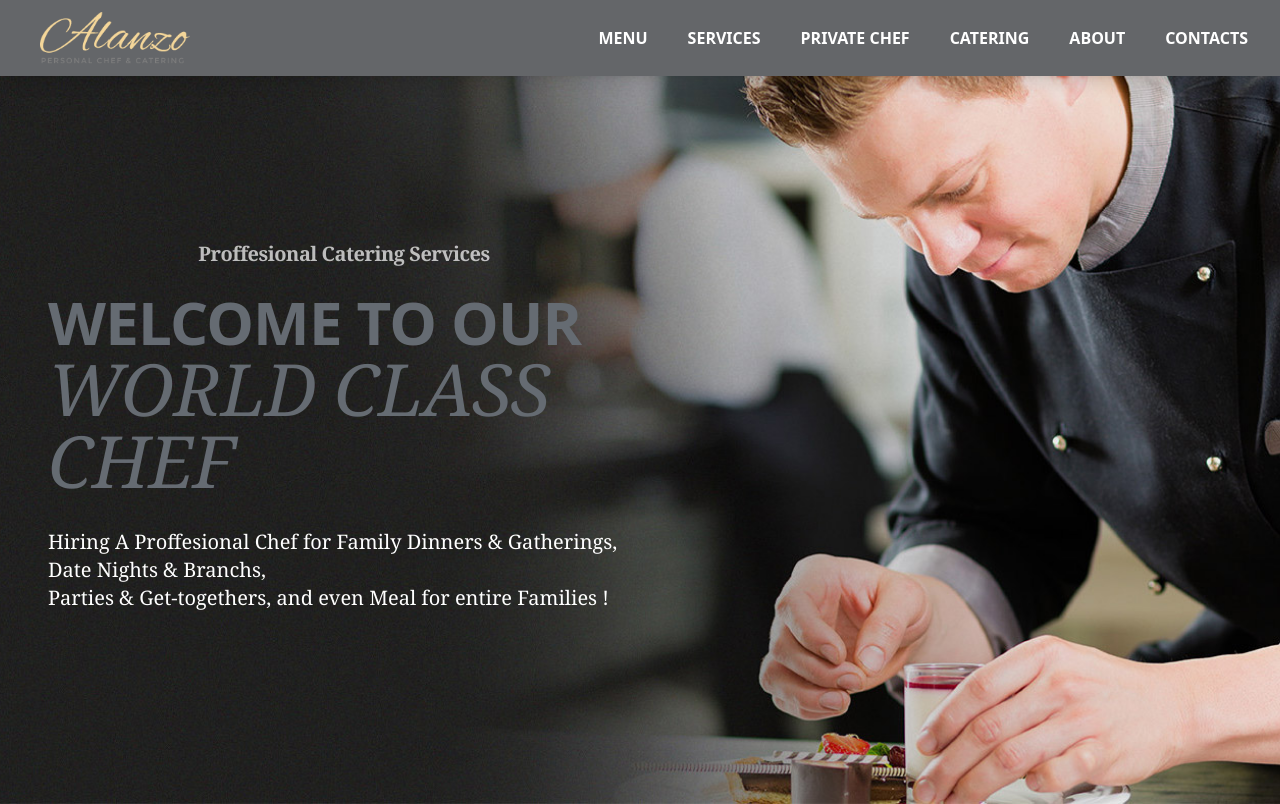
Repository: remydev47/alanzo
Page: /
The author's editor kept a copy of each file at every save. The page is drawn from the files as they stood at one save, then again after the next save.
The browser window is 1280 px wide. The pictures show the whole page.
The project was rebuilt for these pictures with package versions that can differ from the ones it lists, and the page was loaded fresh each time. The framework's server and built-in components were replaced by stand-ins that run in the browser. Also part of the build but not shown: next.config.js.

Above is the page before, as saved 2022-12-17 11:13:47.

### pages/_app.tsx
import '../styles/globals.css'
import type { AppProps } from 'next/app'
import Navbar from '../components/Navbar'

function MyApp({ Component, pageProps }: AppProps) {
  return (
    <>
      <Navbar />
      <Component {...pageProps} />
    </>
  )
}

export default MyApp

### pages/index.tsx
import type { NextPage } from 'next'
import Head from 'next/head'
import Image from 'next/image'
import Hero from '../components/Hero'

const Home: NextPage = () => {
  return (
    <div className="bg-primary-black">
      <Head>
        <title>Avantos</title>
        <link rel="icon" href="/favicon.ico" />
      </Head>
      <Hero />

    </div>
  )
}

export default Home

### components/Navbar.tsx
import React from 'react';
import { navLinks } from '../constants';
import Menupopover from './Menupopover';
import Image from 'next/image';
import Logo from './Logo';
import { Button } from './Button';

const Navbar = () => {
  return (
    <header className="fixed inset-x-0 bg-[#646669] z-20 flex justify-between items-center py-2 px-2 shadow-lg dark:bg-slate-900 sm:py-3 sm:px-8">
            <div className='flex grow-0 basis-1/3 md:hidden'>
                <Menupopover />
            </div>

             <div className='flex grow-0 ml-2 justify-center md:justify-start'>
                <Logo />

            </div>


            <ul className="list-none sm:flex hidden justify-end items-center flex-1">
            {navLinks.map((nav, index) => (
                <li
                key={nav.id}
                className={`font-bold cursor-pointer text-[16px]
                   ${index === navLinks.length - 1 ? 'mr-0' : 'mr-10'}
                  text-white `}
                >
                    <a>{nav.title}</a>
                </li>
            ))}
           </ul>


        </header>
  )
}

export default Navbar

### components/Hero.tsx
import React from 'react'

const Hero = () => {
  return (
    <section className='relative pt-48 pb-12 xl:pt-60 sm:pb-16 lg:pb-32 xl:pb-48 2xl:pb-56'>
    <div className="absolute inset-0">
     <img className="object-cover w-full h-full" src="/images/hero.jpg" alt="" />
    </div>
   <div className='relative'>
    <div className="px-6 mx-auto sm:px-8 lg:px-12 max-w-7xl">
      <div className="w-full lg:w-2/3 xl:w-1/2">
        <h1 className="font-serif text-xl font-bold tracking-tight text-white text-opacity-70 text-center">Proffesional Catering Services</h1>
        <p className="mt-6 tracking-tighter text-[#656b72]">
          <span className="font-sans font-bold text-6xl">WELCOME TO OUR </span><br />
          <span className="font-serif italic font-BOLD text-7xl">WORLD CLASS CHEF</span>
        </p>
        <p className="mt-8 font-erif text-xl font-serif text-[#fff]">
          Hiring A Proffesional Chef for Family Dinners & Gatherings, Date Nights & Branchs, <br />Parties & Get-togethers, and even Meal for entire Families !
        </p>
      </div>
    </div>
   </div>
  </section>
  )
}

export default Hero

### constants/index.ts
export const navLinks =[
    {
        id:"menu",
        title:"MENU",
    },
    {
        id:"services",
        title:"SERVICES",
    },
    {
        id:"privatechef",
        title:"PRIVATE CHEF",
    },
    {
        id:"catering",
        title:"CATERING",
    },
    {
        id:"aboutus",
        title:"ABOUT",
    },
    {
        id:"contacts",
        title:"CONTACTS",
    },
]

### components/Menupopover.tsx
import React, {useState, Fragment} from 'react';
import { navLinks } from '../constants';
import { IconButton, Button } from './Button';
import { Transition, Dialog } from '@headlessui/react';
import Logo from './Logo';
import Image from 'next/image';

const Menupopover = () => {
  const [isOpen, setIsOpen] = useState(false)

  return (
    <div>
    <IconButton
      variant='ghost'
      aria-label='menu'
      onClick={() => setIsOpen(!isOpen)}
    >
      <svg className='w-6 h-6 ' fill='none' stroke='currentColor'>
        <path
          strokeLinecap='round'
          strokeLinejoin='round'
          strokeWidth={2}
          d='M4 6h16M4 12h16M4 18h16'
        />
      </svg>
    </IconButton>
    <Transition
      show={isOpen}
      appear
      as={Fragment}
      enter='transform transition ease-in-out duration-300'
      enterFrom='-translate-x-full'
      enterTo='translate-x-0'
      leave='transform transition ease-in-out duration-300 delay-200'
      leaveFrom='translate-x-0'
      leaveTo='-translate-x-full'
     >
     <Dialog
       as='div'
       className={`fixed inset-0 z-50`}
       onClose={setIsOpen}
       open={isOpen}
       >
       <Transition.Child
         as={Fragment}
         enter='ease-out duration-300 delay-300'
         enterFrom='opacity-0'
         enterTo='opacity-100'
         leave='ease-in duration-200'
         leaveFrom='opacity-100'
         leaveTo='opacity-0'
       >

        <Dialog.Overlay
          className={`fixed inset-0 bg-black/20 backdrop-blur-sm dark:bg-gray-900/80`}
         />
      </Transition.Child>
       <div className={styles.dialogcontainer}>
        <a className='mx-auto mt-4 flex w-[140px] '>
          <Logo />
        </a>
        <ul
            className={styles.navWrapper2}
         >
            {navLinks.map((nav, index) => (
                <li
                 key={nav.id}
                 className={` font-bold cursor-pointer text-[16px]
                  mt-2 border-t border-slate-200 py-4 dark:border-slate-600
                  ${index === navLinks.length - 1 ? 'mr-0' : 'mb-4'}
                  text-white `}
                >
                 <a href={`#${nav.id}`}>
                    {nav.title}
                 </a>
                </li>
             ))}
         </ul>

        <IconButton
          variant='ghost'
          aria-label='close menu'
          className='absolute top-5 right-5'
          onClick={() => setIsOpen(false)}
        >
          <svg
            viewBox='0 0 10 10'
            className='h-2.5 w-2.5 overflow-visible'
            aria-hidden='true'
          >
            <path
                d='M0 0L10 10M10 0L0 10'
                fill='none'
                stroke='currentColor'
                strokeWidth='2'
                strokeLinecap='round'
              />
          </svg>
        </IconButton>
       </div>
     </Dialog>
    </Transition>
  </div>
  )
}

export default Menupopover;

const styles ={
  dialogcontainer:`fixed top-0 bottom-0 left-0 w-full max-w-xs rounded-r-xl bg-[#092341] p-6 shadow-lg dark:bg-gray-800`,
  menuitems:`group relative flex h-9 items-center oveflow-hidden rounded-md hover:bg-slate-200/50`,
  navWrapper2:`list-none flex flex-col justify-end items-center flex-1`,
}

### components/Logo.tsx
import React from 'react'
import Image from 'next/image'

const Logo = () => {
  return (
    <div>
      <Image
        src='/images/logo.png'
        alt='Alanzo'
        height={60}
        width={150}
      />
    </div>
  )
}

export default Logo

### components/Button/index.tsx
import React, { forwardRef } from "react";
//import { __DEV__ } from "../../utils/assertions";

type BaseButtonProps = Omit<React.HTMLProps<HTMLButtonElement>, "size">;

/* === Button Element === */

export interface ButtonProps extends BaseButtonProps {
  children: React.ReactNode;
  fullWidth?: boolean;
  className?: string;
  variant?: "solid" | "outline" | "ghost";
  size?: "sm" | "md" | "lg";
  as?: string;
  isExternal?: boolean;
  type?: "button" | "submit" | "reset";
}

export const Button = forwardRef<HTMLButtonElement, ButtonProps>(
  (
    {
      children,
      variant = "solid",
      size = "md",
      fullWidth = false,
      className,
      as = "button",
      isExternal = false,
      ...rest
    },
    ref
  ) => {
    let tempClassNames: string[] = [];

    const sharedClasses = [
      "capitalize",
      "focus:outline-none",
      "focus:ring-2",
      "focus:ring-indigo-400",
      "focus:ring-offset-2",
      "focus:ring-offset-indigo-50",
      "font-semibold",
      "rounded-full",
      "inline-flex",
      "flex-shrink-0",
      "items-center",
      "justify-center",
      "transition-colors",
      "ease-in-out",
      "duration-500",
    ];

    if (fullWidth) sharedClasses.push("w-full");

    // handle variants
    let btnSolid = ["bg-indigo-600", "hover:bg-indigo-700", "text-white"];
    let btnOutline = [
      "dark:text-white",
      "hover:text-indigo-700",
      "hover:dark:text-indigo-700",
      "bg-transparent",
      "hover:bg-indigo-50",
      "border",
      "border-indigo-600",
    ];
    let btnGhost = [
      "bg-transparent",
      "dark:text-white",
      "hover:bg-indigo-50",
      "hover:text-indigo-700",
      "hover:dark:text-indigo-700",
    ];

    if (variant === "solid") {
      tempClassNames = [...sharedClasses, ...btnSolid];
    } else if (variant === "outline") {
      tempClassNames = [...sharedClasses, ...btnOutline];
    } else if (variant === "ghost") {
      tempClassNames = [...sharedClasses, ...btnGhost];
    }

    // handle sizes
    let sizeSm = ["h-8", "px-2", "text-sm"];
    let sizeMd = ["h-10", "px-3"];
    let sizeLg = ["h-12", "px-4", "text-lg"];

    if (size === "sm") {
      tempClassNames = [...tempClassNames, ...sizeSm];
    } else if (size === "md") {
      tempClassNames = [...tempClassNames, ...sizeMd];
    } else if (size === "lg") {
      tempClassNames = [...tempClassNames, ...sizeLg];
    }

    let classes = tempClassNames.join(" ");

    let Element = as ? (
      React.createElement(
        as,
        {
          className: `${classes} ${className}`,
          target: isExternal ? "_blank" : undefined,
          rel: isExternal ? "noopener noreferrer" : undefined,
          ref,
          ...rest,
        },
        children
      )
    ) : (
      <button {...rest} className={`${classes} ${className}`} ref={ref}>
        {children}
      </button>
    );

    return Element;
  }
);

// if (__DEV__) {
//   Button.displayName = "Button";
// }

/* === IconButton Element === */

export interface IconButtonProps extends ButtonProps {
  icon?: React.ReactElement;
  "aria-label": string;
}

export const IconButton = forwardRef<HTMLButtonElement, IconButtonProps>(
  (
    {
      children,
      icon,
      className,
      "aria-label": ariaLabel,
      size = "md",
      ...rest
    },
    ref
  ) => {
    let sharedClasses = ["rounded-full", "!px-0"];

    // handle sizes
    let sizeSm = ["w-8"];
    let sizeMd = ["w-10"];
    let sizeLg = ["w-12"];

    if (size === "sm") {
      sharedClasses = [...sharedClasses, ...sizeSm];
    } else if (size === "md") {
      sharedClasses = [...sharedClasses, ...sizeMd];
    } else if (size === "lg") {
      sharedClasses = [...sharedClasses, ...sizeLg];
    }

    /**
     * Passing the icon as prop or children should work
     */
    const element = icon || children;
    const _children = React.isValidElement(element)
      ? React.cloneElement(element as any, {
          "aria-hidden": true,
          focusable: false,
        })
      : null;

    let classes = sharedClasses.join(" ");
    return (
      <Button
        className={`${classes} ${className}`}
        aria-label={ariaLabel}
        size={size}
        {...rest}
        ref={ref}
      >
        {_children}
      </Button>
    );
  }
)

### tailwind.config.js
/** @type {import('tailwindcss').Config} */
module.exports = {
  content: [
    './pages/**/*.{js,ts,jsx,tsx}',
    './components/**/*.{js,ts,jsx,tsx}',
  ],
  theme: {
    extend: {
      backgroundImage: {
        'bg_2': "url('/images/bg_2.jpg')",
      },
      colors: {
        'primary-black': '#1A232E',
        'secondary-white': '#c7c7c7',
      },
    },
  },
  plugins: [],
}

Loaded but not shown: styles/globals.css (common file)

After the next save:
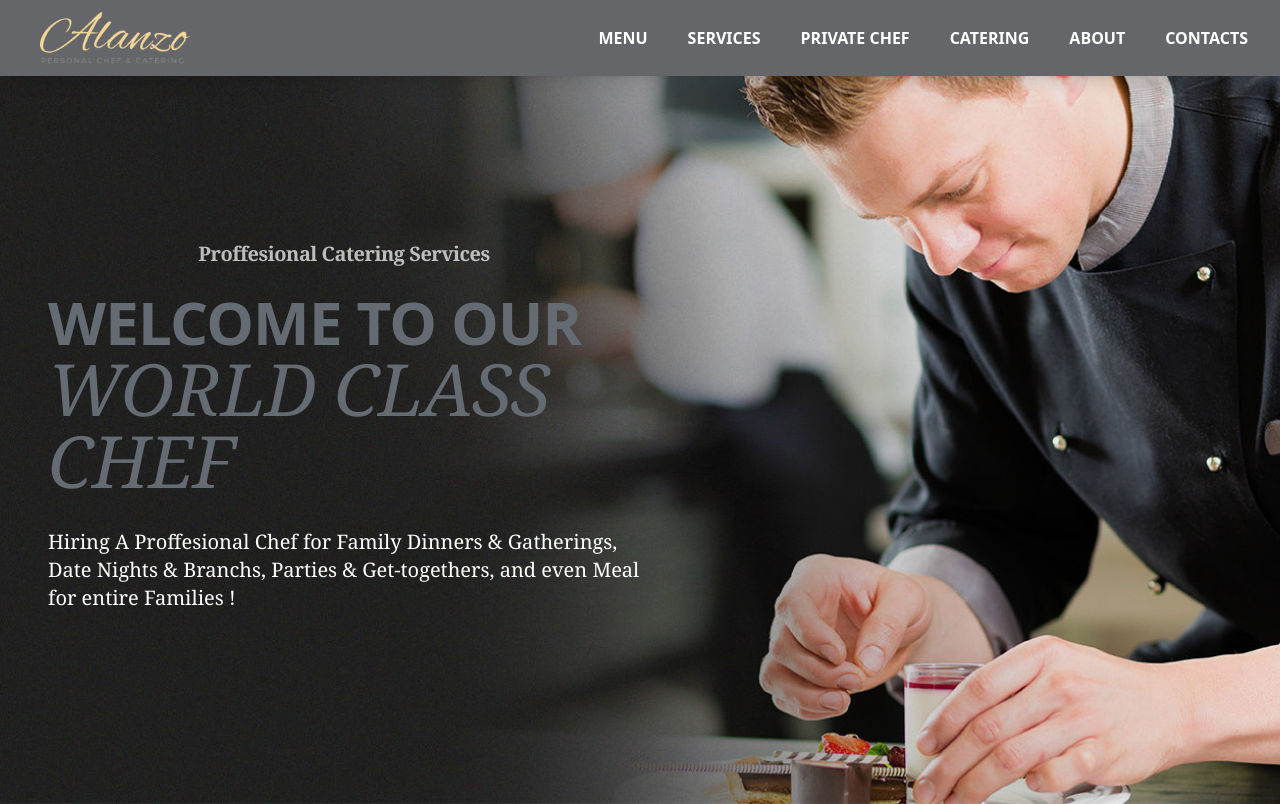
Saved 16 s later.
--- a/components/Hero.tsx
+++ b/components/Hero.tsx
@@ -15,7 +15,7 @@ const Hero = () => {
           <span className="font-serif italic font-BOLD text-7xl">WORLD CLASS CHEF</span>
         </p>
         <p className="mt-8 font-erif text-xl font-serif text-[#fff]">
-          Hiring A Proffesional Chef for Family Dinners & Gatherings, Date Nights & Branchs, <br />Parties & Get-togethers, and even Meal for entire Families !
+          Hiring A Proffesional Chef for Family Dinners & Gatherings, Date Nights & Branchs, Parties & Get-togethers, and even Meal for entire Families !
         </p>
       </div>
     </div>
